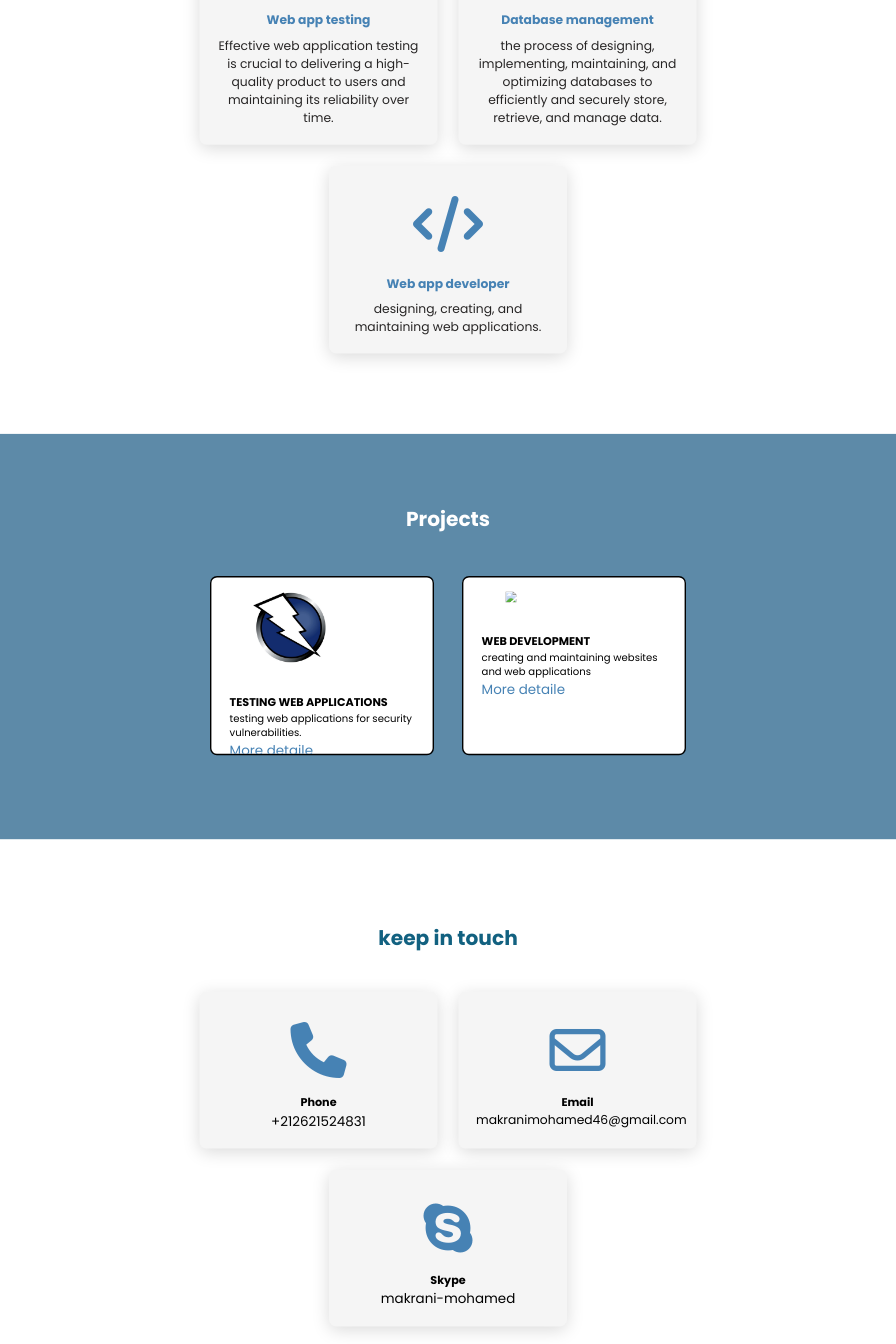
Repository: mohamed-makrani/Portfolio
Page: indixe.html
The author's editor kept a copy of each file at every save. The page is drawn from the files as they stood at one save, then again after the next save.
The browser window is 1280 px wide. The pictures show the part of the page from y = 1057 to 2977 px (the page is 3140 px tall), at 70% of full size.
Backgrounds fixed to the window are drawn as part of the page.

Above is the page before, as saved 2023-09-18 17:27:51.
Not found: dev.jpg

After the next save:
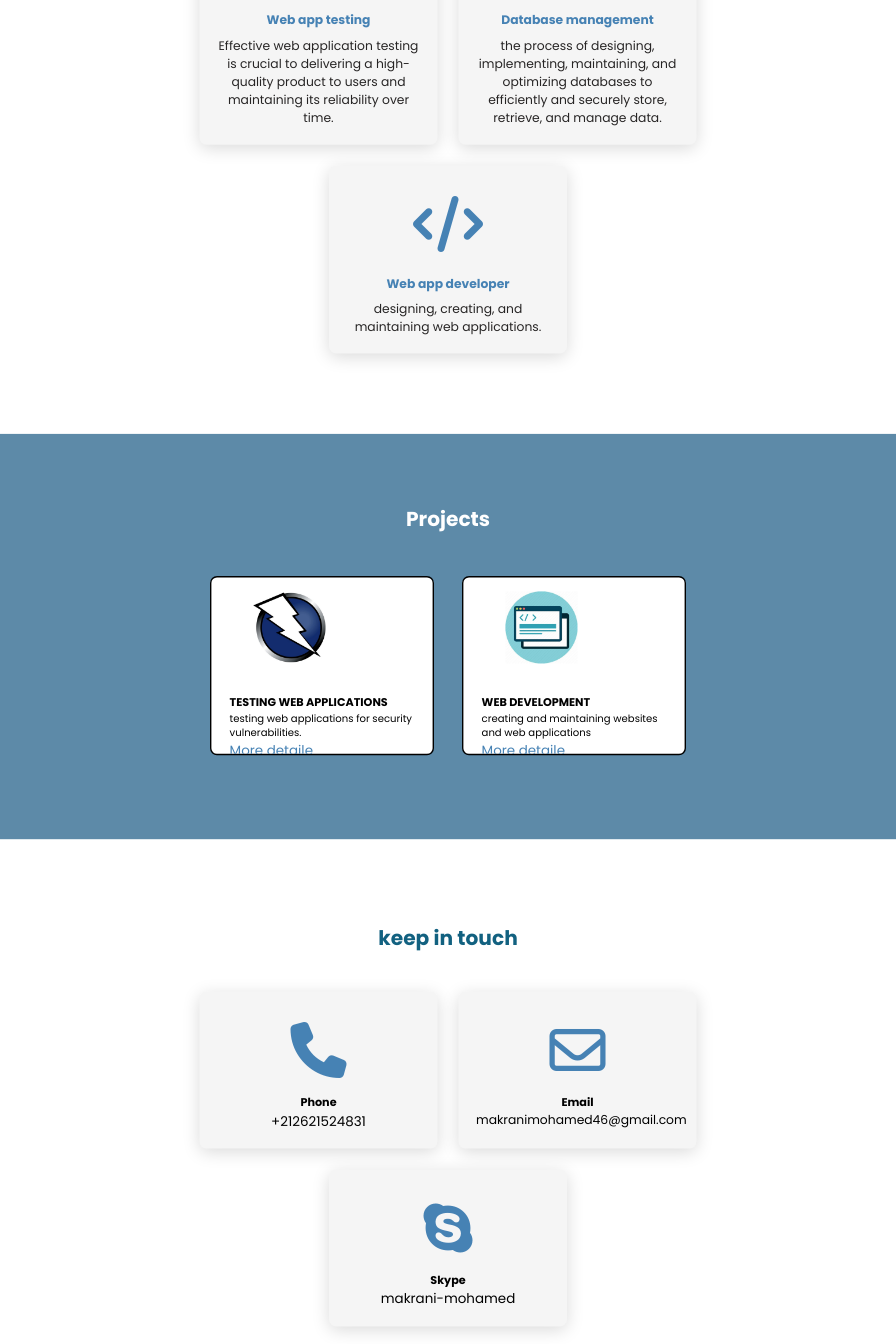
Saved 111 s later.
--- a/indixe.html
+++ b/indixe.html
@@ -77,7 +77,7 @@
                 </div>
                 <div class="project-card">
                     <div class="image">
-                        <img src="dev.jpg">
+                        <img src="dev1.jpg">
 
                     </div>
                     <div class="project-info">
